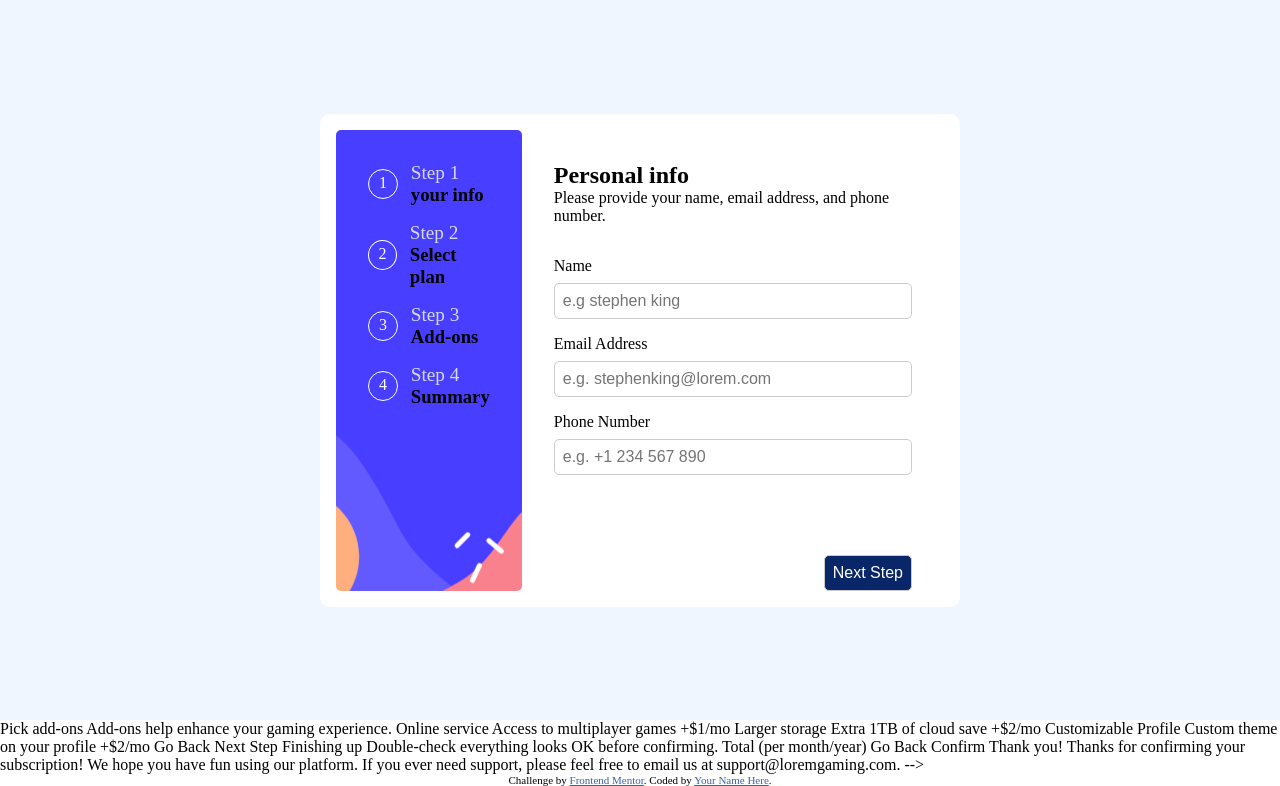
Repository: reemoon-ctrl/reemoon-ctrl.github.io
Page: index.html
An editor plug-in stored every save of this project. The page is shown before and after the next save, followed by the edit.
The browser window is 1280 px wide. The pictures show the whole page.

Above is the page before, as saved 2025-04-29 10:03:53.

### index.html
<!DOCTYPE html>
<html lang="en">

<head>
  <meta charset="UTF-8">
  <meta name="viewport" content="width=device-width, initial-scale=1.0">
  <!-- displays site properly based on user's device -->

  <link rel="icon" type="image/png" sizes="32x32" href="./assets/images/favicon-32x32.png">
  <link rel="stylesheet" href="./style.css">
  <title>Frontend Mentor | Multi-step form</title>

  <!-- Feel free to remove these styles or customise in your own stylesheet 👍 -->
  <style>
    .attribution {
      font-size: 11px;
      text-align: center;
    }

    .attribution a {
      color: hsl(219, 45%, 44%);
    }
  </style>
</head>

<body>
  <div class="containerCenter">
    <div class="container">
      <div class="sidebar">
        <ul class="sidebarList">
          <li class="sidebar_ele">
            <div>1</div>
            <div>
              <p>Step 1</p>
              <h3>your info</h3>
            </div>
          </li>
          <li class="sidebar_ele">
            <div>2</div>
            <div>
              <p> Step 2</p>
              <h3>Select plan</h3>
            </div>

          </li>
          <li class="sidebar_ele">
            <div>3</div>
            <div>
              <p>Step 3</p>
              <h3>Add-ons</h3>
            </div>
          </li>
          <li class="sidebar_ele">
            <div>4</div>
            <div>
              <p>Step 4</p>
              <h3>Summary</h3>
            </div>

          </li>
        </ul>
      </div>
      <div class="main">
        <div class="formHeader">
          <h2>Personal info</h2>
          <p>Please provide your name, email address, and phone number.
          </p>
        </div>
        <form class="formContainer">
          <div class="formLabelInput">
            <label for="name">Name</label>
            <input type="text" id="name" name="name" placeholder="e.g stephen king">
          </div>
          <div class="formLabelInput">
            <label for="email">Email Address</label>
            <input type="email" id="email" name="email" placeholder="e.g. stephenking@lorem.com">
          </div>
          <div class="formLabelInput">
            <label for="phone">Phone Number</label>
            <input type="tel" name="phone number" placeholder="e.g. +1 234 567 890">
          </div>
          <div id="nextStep">
            <!-- <label for="username">Username:</label> -->
            <button type="button" id="nextStepbtn" name="next step">Next Step</button>
          </div>
        </form>

        <!-- Step 1 end -->
      </div>

    </div>
  </div>

  <!-- Sidebar start -->



  <!-- Sidebar end -->



  <!-- Step 2 start -->
  <!--
  Select your plan
  You have the option of monthly or yearly billing.

  Arcade
  $9/mo

  Advanced
  $12/mo

  Pro
  $15/mo

  Monthly
  Yearly

  Go Back
  Next Step

  <!-- Step 2 end -->

  <!-- Step 3 start -->

  Pick add-ons
  Add-ons help enhance your gaming experience.

  Online service
  Access to multiplayer games
  +$1/mo

  Larger storage
  Extra 1TB of cloud save
  +$2/mo

  Customizable Profile
  Custom theme on your profile
  +$2/mo

  Go Back
  Next Step

  <!-- Step 3 end -->

  <!-- Step 4 start -->

  Finishing up
  Double-check everything looks OK before confirming.

  <!-- Dynamically add subscription and add-on selections here -->

  Total (per month/year)

  Go Back
  Confirm

  <!-- Step 4 end -->

  <!-- Step 5 start -->

  Thank you!

  Thanks for confirming your subscription! We hope you have fun
  using our platform. If you ever need support, please feel free
  to email us at support@loremgaming.com. -->

  <!-- Step 5 end -->

  <div class="attribution">
    Challenge by <a href="https://www.frontendmentor.io?ref=challenge" target="_blank">Frontend Mentor</a>.
    Coded by <a href="#">Your Name Here</a>.
  </div>
</body>

</html>

### style.css
*{
    padding: 0;
    margin: 0;
    box-sizing:border-box;
}
.container{
    background: #ffffff;
    display: grid;
    grid-template-columns: 1fr 3fr;
    padding: 1rem;
    width:50%;
    height:fit-content;
    align-items: center;
    justify-content: center;
    align-content: center;;
    justify-items:center ;
    z-index: 100;
    /* margin-top: 25%; */
    border-radius: 10px;

}
.containerCenter{
    height:100vh;
    display: flex;
    justify-content: center;
    align-items: center;
    align-content: center;
    background-color: #f0f6ff;
}
.main{
    padding: 2rem 2rem 0 2rem;
    display: grid;
}
.sidebar{
    border-radius: 5px;
    height:100% ;
    padding: 2rem;
    background:no-repeat url(./assets/images/bg-sidebar-desktop.svg) center ;
}
.sidebarList{
    list-style: none;
    display: flex;
    flex-direction: column;
    gap: 1rem;
    justify-content: space-between;
    /* height: 100%; */
}
.sidebar_ele{
    display: flex;
    /* align-content:stretch; */
    gap: .8rem;
    align-items: center;
}
.sidebar_ele>div:first-child{
    width: 30px;
    height:30px;
    /* background-color: #adbeff; */
    border: 1px solid #ffffff;
    border-radius: 50%;
    text-align: center;
    padding: .3rem .5rem .3rem .5rem ;
    color:#fff;
}
.sidebar_ele>div:last-child>p{
    font-size: 1.2rem;
    color: #d6d9e6;
}
.formContainer{
    display: grid;
    grid-template-columns:1fr ;
    gap:1rem ;
}
.formHeader{
    padding-bottom: 2rem;
}
.formLabelInput{
    display: flex;
    flex-direction: column;
    gap:.5rem;
}
#nextStep{
    display: flex;
    justify-content:flex-end;
    align-items: center;
    /* background-color: #bff2f6; */
    padding-top: 4rem;
}
#nextStepbtn{
    padding: .5rem;
    border-radius: 5px;
    border: 1px solid #ccc;
    background-color: #092668;
    color: #fff;
    font-size: 1rem;
    /* color: #333; */
    cursor: pointer;
}
.formLabelInput>input{
    padding: .5rem;
    border-radius: 5px;
    border: 1px solid #ccc;
    background-color: #fff;
    font-size: 1rem;
    color: #333;
}

After the next save:
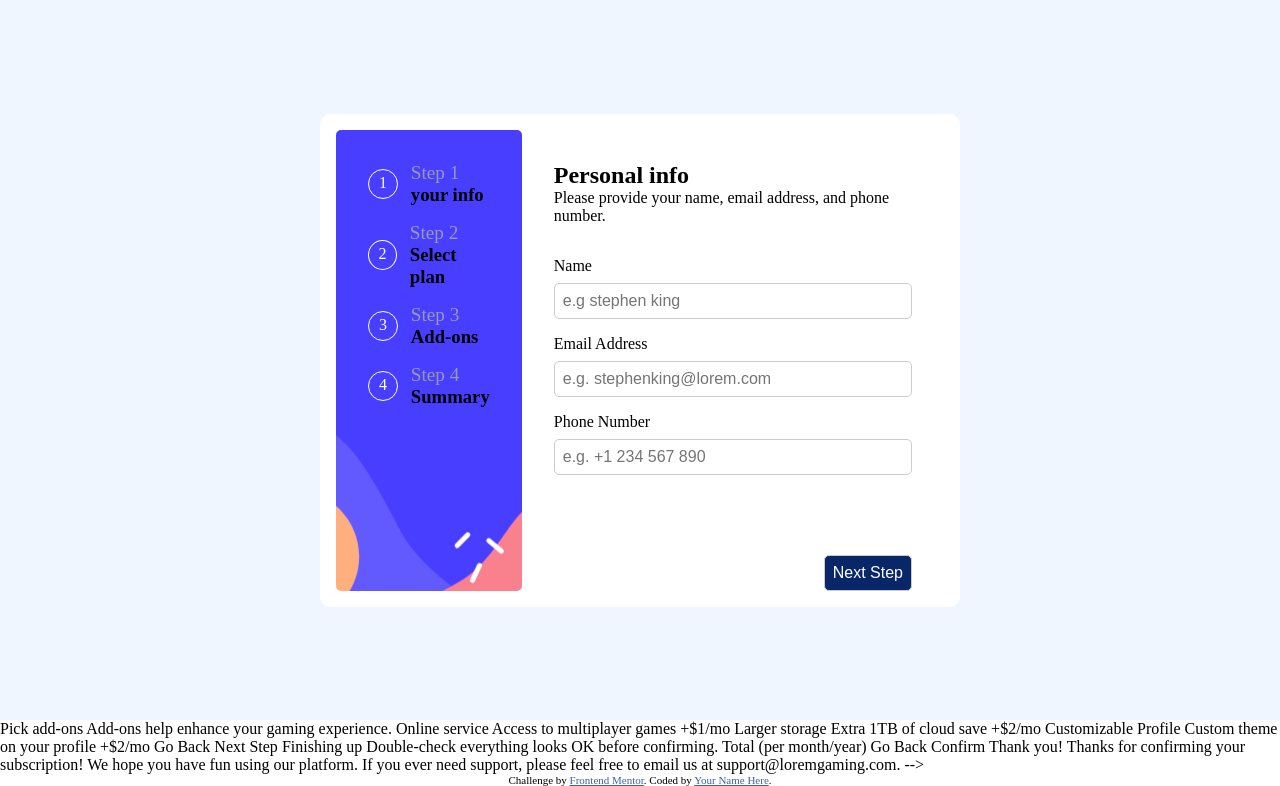
Saved 76 s later.
--- a/style.css
+++ b/style.css
@@ -63,7 +63,7 @@
 }
 .sidebar_ele>div:last-child>p{
     font-size: 1.2rem;
-    color: #d6d9e6;
+    color: #9699ab;
 }
 .formContainer{
     display: grid;
